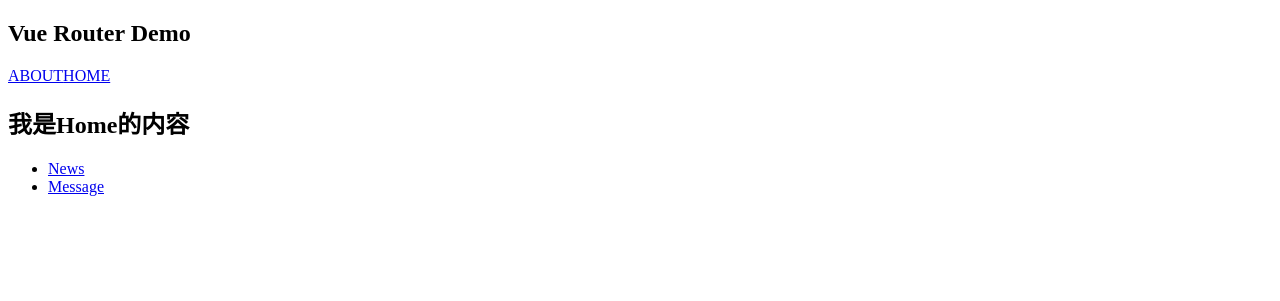
Repository: 13067902180/vue2.0study
Page: /#/home
An editor plug-in stored every save of this project. The page is shown before and after the next save, followed by the edit.
The browser window is 1280 px wide. The pictures show the whole page.
The project was rebuilt for these pictures with package versions that can differ from the ones it lists, and the page was loaded fresh each time. Also part of the build but not shown: vue.config.js, src/pages/About.vue.

Above is the page before, as saved 2023-03-03 15:34:41.

### public/index.html
<!DOCTYPE html>
<html lang="">
  <head>
    <meta charset="utf-8" />
    <!-- 针对ie浏览器的特殊配置，让ie最高级别渲染页面 -->
    <meta http-equiv="X-UA-Compatible" content="IE=edge" />
    <!-- 开启移动端的理想视口 -->
    <meta name="viewport" content="width=device-width,initial-scale=1.0" />
    <!-- 配置页签图标 <%= BASE_URL %> ==== ./ 怕打包出问题 指的是public所在的路径-->
    <link rel="icon" href="<%= BASE_URL %>favicon.ico" />
    <!-- 映入第三方样式 -->
    <!-- <link rel="stylesheet" href="<%= BASE_URL %>css/1.css" /> -->
    <!-- 配置网页图标  %= htmlWebpackPlugin.options.title % 是webpack里的插件1-->
    <title><%= htmlWebpackPlugin.options.title %></title>
  </head>
  <body>
    <!-- 如果浏览器不支持js 显示 支持就不渲染 -->
    <noscript>
      <strong
        >We're sorry but <%= htmlWebpackPlugin.options.title %> doesn't work
        properly without JavaScript enabled. Please enable it to
        continue.</strong
      >
    </noscript>

    <div id="app"></div>
    <!-- built files will be auto injected -->
  </body>
</html>
<!-- 整个页面的界面 -->

### src/main.js
//引入vue 精简版  正式版是vue.js dist/vue.js
import Vue from 'vue'
import VueRouter from 'vue-router'

//app所有组件的父组件
import App from './App.vue'
import router from './router'

Vue.use(VueRouter)

Vue.config.productionTip = false
// 创建vue实例对象  ---vm
new Vue({
  // 将app组件放入容器中
  render: h => h(App),

  router: router,
}).$mount('#app')

### src/App.vue
<template>
  <div>
    <div class="row">
      <Banner></Banner>
    </div>
    <div class="row">
      <div class="col-xs-offset-2 col-xs-2">
        <div class="list-group">
          <!-- 原始html中我们使用a标签实现页面跳转 -->
          <!-- <a href="./about.html" class="list-group-item active" >ABOUT</a> -->
          <!-- <a href="./home/html" class="list-group-item">HOME</a> -->
          <router-link class="list-group-item" active-class="active" to="/about"
            >ABOUT</router-link
          >
          <router-link class="list-group-item" active-class="active" to="/home"
            >HOME</router-link
          >
        </div>
      </div>
      <div class="col-xs-6">
        <div class="panel">
          <div class="panel-body">
            <!-- 指定组件的呈现位置 -->
            <router-view></router-view>
          </div>
        </div>
      </div>
    </div>
  </div>
</template>

<script>
// 引入组件  组件全放到components
import Banner from "./components/Banner.vue";
export default {
  name: "App",
  components: {
    Banner,
  },
};
</script>

<style>
</style>

### src/router/index.js
// 该文件专门用于创建整个应用的路由器


import VueRouter from "vue-router";
import About from '../pages/About.vue'
import Home from '../pages/Home.vue'
// 创建并暴露一个路由器
export default new VueRouter({
    routes: [{
        path: '/about',
        component: About,
    },
    {
        path: '/home',
        component: Home,
    },
    ]
})

### src/components/Banner.vue
<template>
  <div class="col-xs-offset-2 col-xs-8">
    <div class="page-header"><h2>Vue Router Demo</h2></div>
  </div>
</template>

<script>
export default {
  // eslint-disable-next-line vue/multi-word-component-names
  name: "Banner",
};
</script>

<style>
</style>

### src/pages/Home.vue
<template>
  <div>
    <h2>我是Home的内容</h2>
    <div>
      <ul class="nav nav-tabs">
        <li>
          <a
            href="./home-news.html"
            class="list-group-item"
            active-class="active"
            >News</a
          >
        </li>
        <li>
          <a
            href="./home-news.html"
            class="list-group-item"
            active-class="active"
            >Message</a
          >
        </li>
      </ul>
    </div>
  </div>
</template>

<script>
export default {
  // eslint-disable-next-line vue/multi-word-component-names
  name: "Home",
  // beforeDestroy() {
  //   console.log("Home组件即将被销毁");
  // },
  // mounted() {
  //   console.log("Home组件挂载完毕");
  // },
};
</script>

<style>
</style>

After the next save:
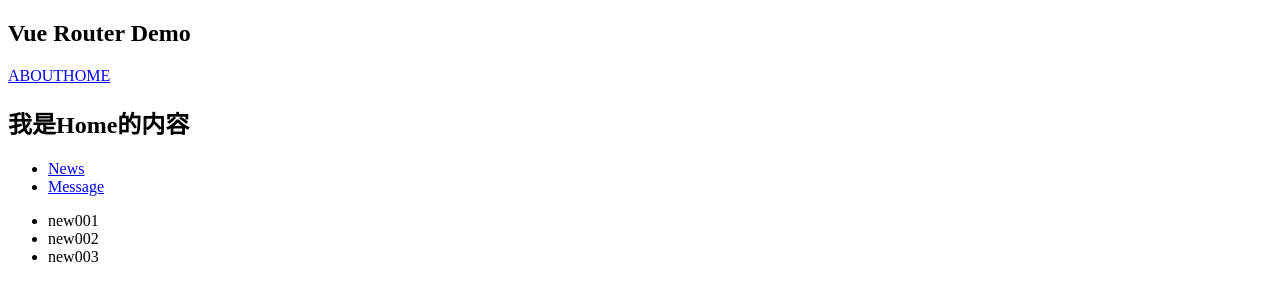
Saved 24 s later.
--- a/src/pages/Home.vue
+++ b/src/pages/Home.vue
@@ -20,6 +20,11 @@
           >
         </li>
       </ul>
+      <ul>
+        <li>new001</li>
+        <li>new002</li>
+        <li>new003</li>
+      </ul>
     </div>
   </div>
 </template>
